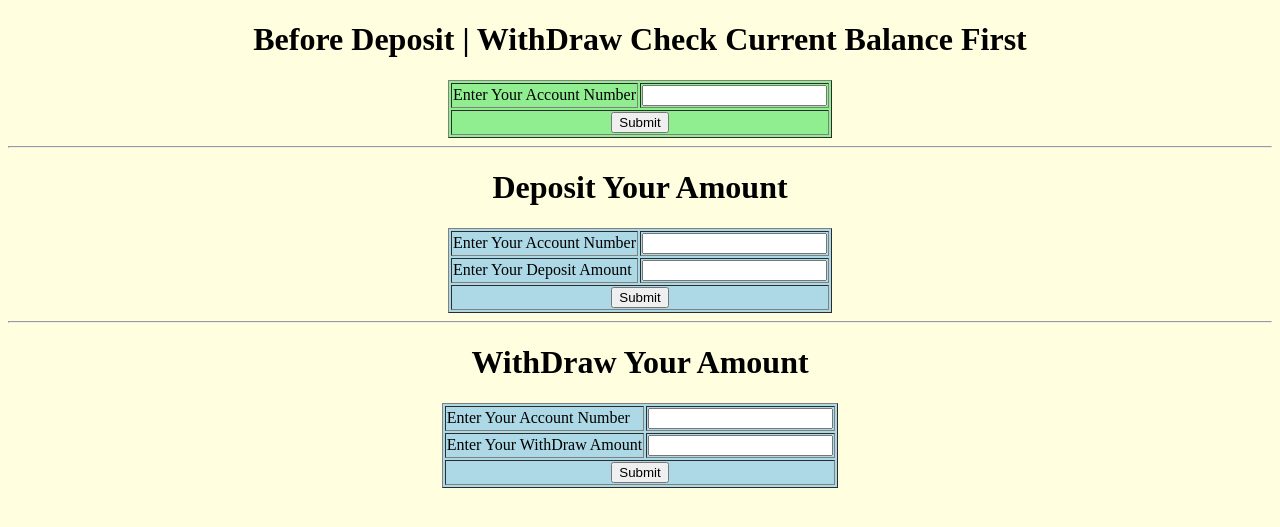
Repository: rukmini10/DXC
Page: DXC_MAVEN/Account/src/main/webapp/deposit.html
These files come from the project's save history. The page is drawn as it stood at one moment and after the next save; the edit follows.
The browser window is 1280 px wide. The pictures show the whole page.

Above is the page before, as saved 2022-05-07 10:55:15.

After the next save:
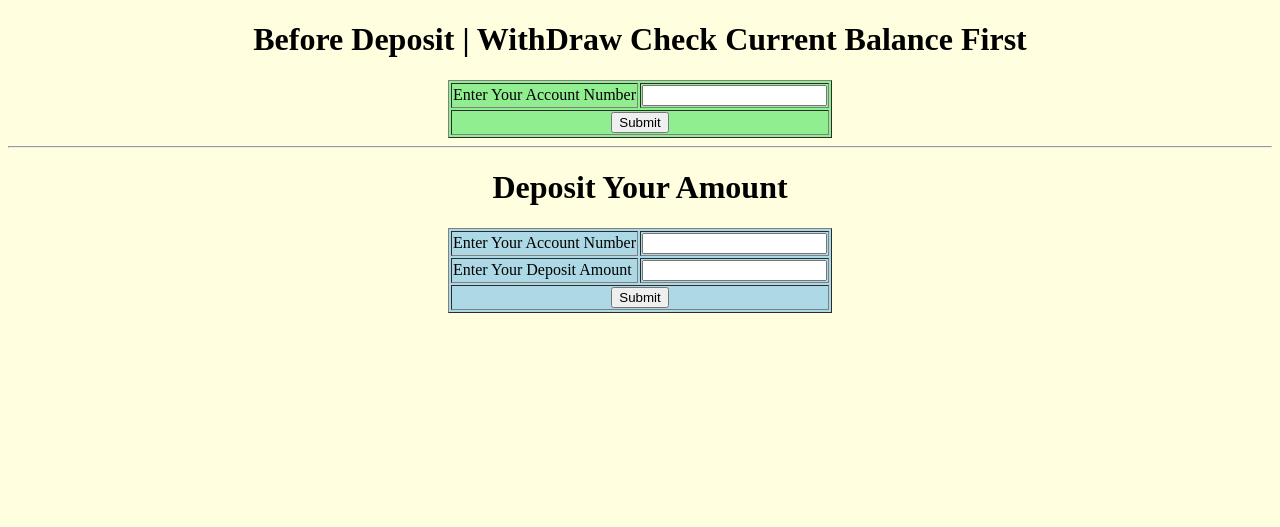
Saved 106 s later.
--- a/DXC_MAVEN/Account/src/main/webapp/deposit.html
+++ b/DXC_MAVEN/Account/src/main/webapp/deposit.html
@@ -44,22 +44,6 @@ and open the template in the editor.
             </form>
         </div>
 
-
-          <hr>
-            <div>
-            <h1>WithDraw Your Amount</h1>
-            <form method="post" action="withdraw.jsp">
-              <table border="1" bgcolor="lightblue">
-                  <tr>
-                        <td><label>Enter Your Account Number</label></td><td><input type="text" name="ano"></td></tr>
-                    <tr>
-                        <td><label>Enter Your WithDraw Amount</label></td><td><input type="text" name="amt1"></td>
-                    </tr>
-                                        <td colspan="2" align="center"><input type="Submit" value="Submit"></td>
-                    </tr>
-                </table>
-            </form>
-       </div>
     </center>
     </body>
 </html>
